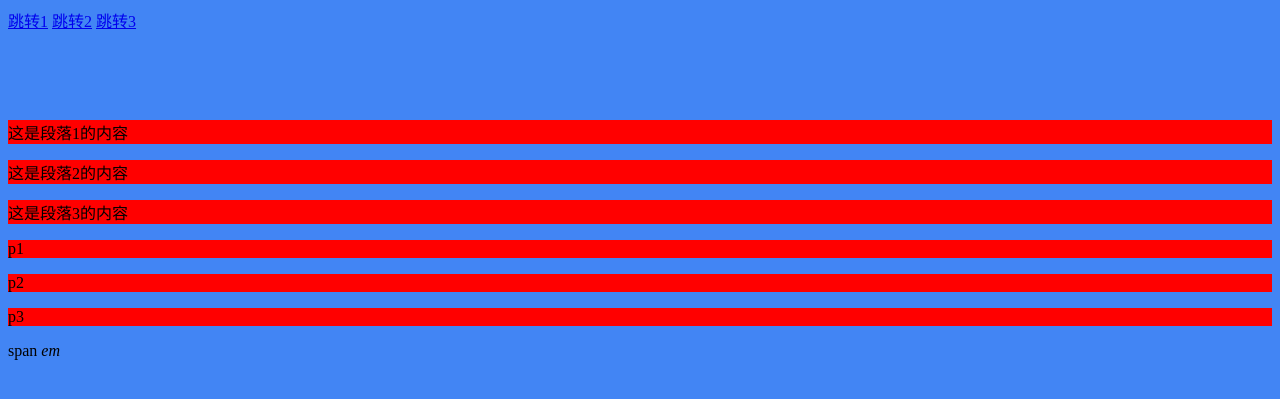
Repository: LstHeart/html-learning
Page: css3/目标伪类.html
These files come from the project's save history. The page is drawn as it stood at one moment and after the next save; the edit follows.
The browser window is 1280 px wide. The pictures show the whole page.

Above is the page before, as saved 2021-01-11 14:52:44.

After the next save:
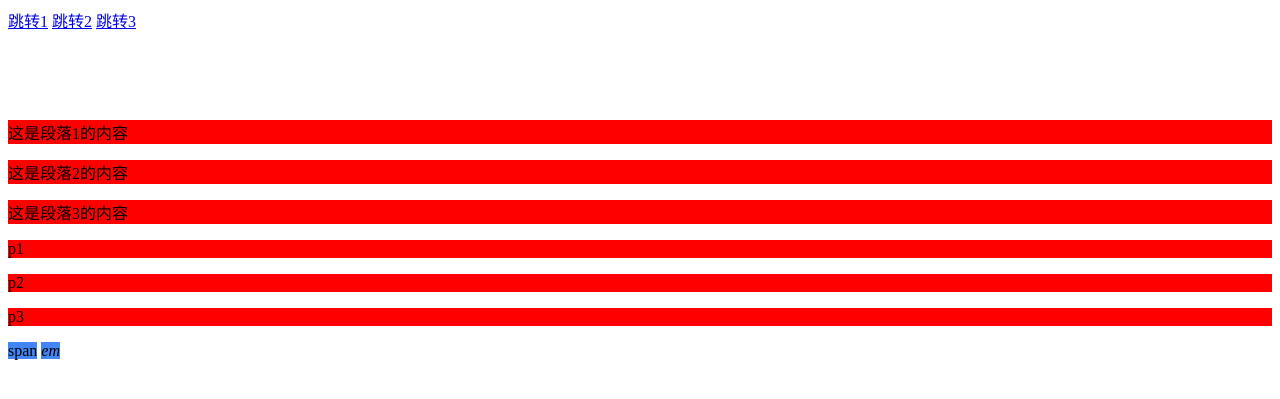
Saved 17 s later.
--- a/css3/目标伪类.html
+++ b/css3/目标伪类.html
@@ -6,7 +6,7 @@
     <meta http-equiv="X-UA-Compatible" content="ie=edge">
     <title>Document</title>
     <style>
-        :not(p){
+       .container :not(p){
             background-color: #4285f4;
         }
         p{
